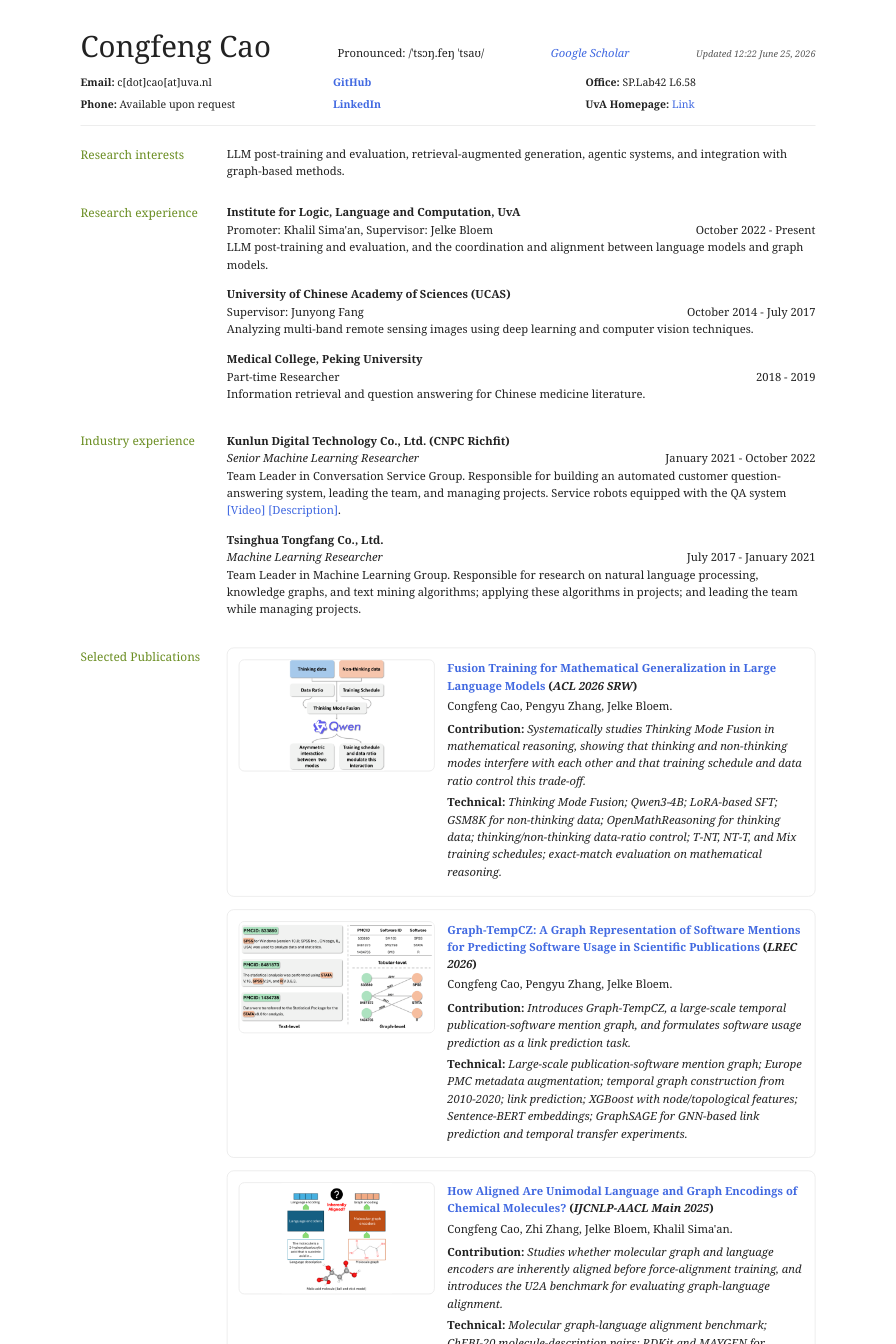
Repository: caocongfeng/caocongfeng.github.io
Page: index.html
These files come from the project's save history. The page is drawn as it stood at one moment and after a run of saves; the edit follows.
The browser window is 1280 px wide. The pictures show the part of the page from y = 0 to 1920 px (the page is 4568 px tall before and 4651 px after), at 70% of full size.

Above is the page before, as saved 2026-06-25 12:41:40.

After the next 2 saves:
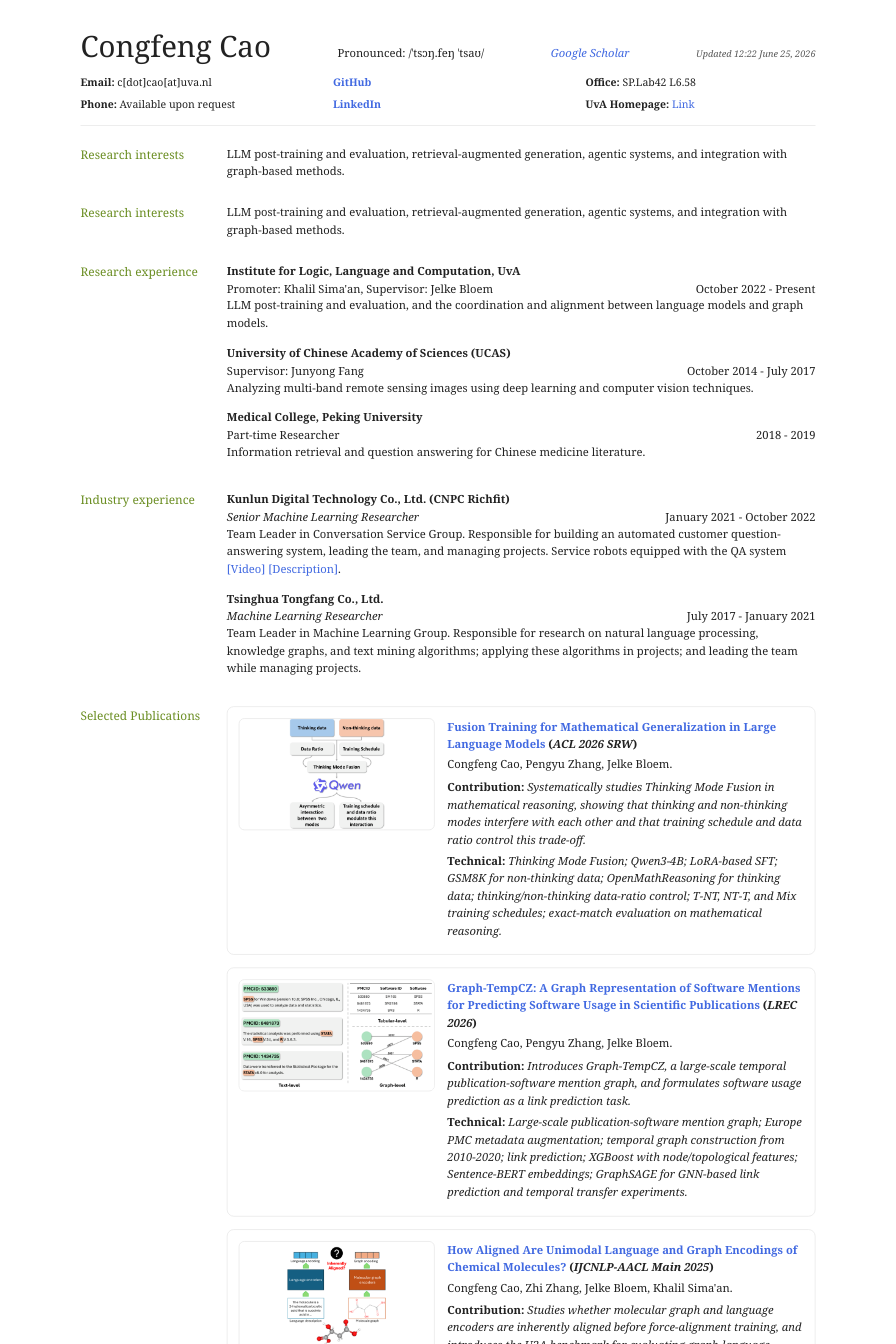
The 2 saves are shown as one change because they came seconds apart.
The last was saved 3 min 6 s later.
--- a/index.html
+++ b/index.html
@@ -331,6 +331,12 @@
         <div><strong>UvA Homepage:</strong> <a href="https://www.uva.nl/en/profile/c/a/c.cao/c.cao.html">Link</a></div>
       </div>
     </header>
+    <section class="section">
+      <div class="section-title">Research interests</div>
+      <div class="section-content">
+        <p>LLM post-training and evaluation, retrieval-augmented generation, agentic systems, and integration with graph-based methods.</p>
+      </div>
+    </section>
 
     <section class="section">
       <div class="section-title">Research interests</div>
